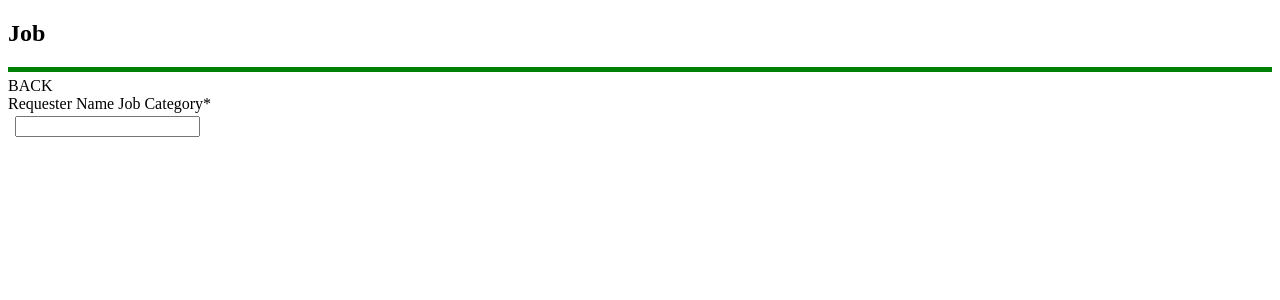
Repository: anvarhaseeb/jobPortalSystem
Page: http://localhost/public_html/JobPost.jsp
These files come from the project's save history. The page is drawn as it stood at one moment and after the next save; the edit follows.
The browser window is 1280 px wide. The pictures show the whole page.
The page is served by Tomcat 9.

Above is the page before, as saved 2024-01-10 06:41:23.
Console error: ReferenceError: $ is not defined

After the next save:
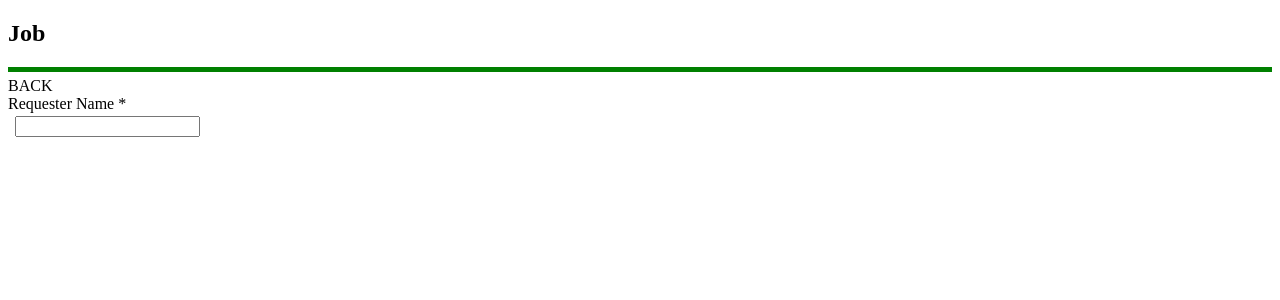
Saved 11 s later.
--- a/JOB/public_html/JobPost.jsp
+++ b/JOB/public_html/JobPost.jsp
@@ -89,7 +89,7 @@ $(document).ready(function(){
 
 				<div class="row form-group">
 					<label class="col-3 col-form-label"><s:text name="req.Name" />
-					<s:text name="job.Category"/><span class="text-danger">*</span>
+					<span class="text-danger">*</span>
 					</label>
 					<div class="col-3">
 						<s:textfield name="reqName" class="form-control" id="reqName"
